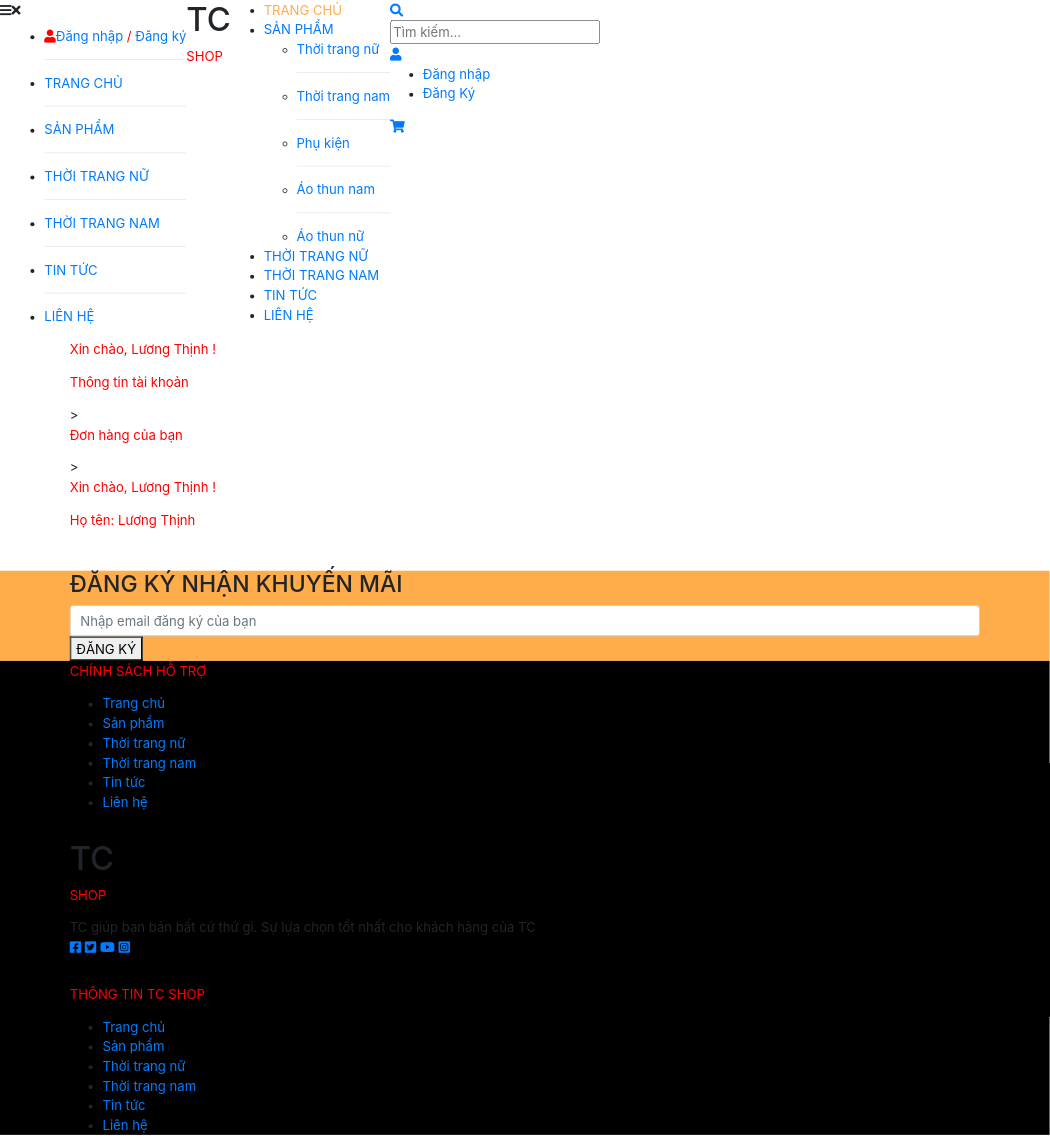
Repository: congthinh1701/TCshop
Page: ThongTinTaiKhoan.html
The author's editor kept a copy of each file at every save. The page is drawn from the files as they stood at one save, then again after the next save.
The browser window is 1280 px wide. The pictures show the whole page, at 82% of full size.
The style sheet was rebuilt from its Sass, Less or Tailwind sources for each picture, by a compiler version that may differ from the author's.

Above is the page before, as saved 2021-09-08 16:57:36.

After the next save:
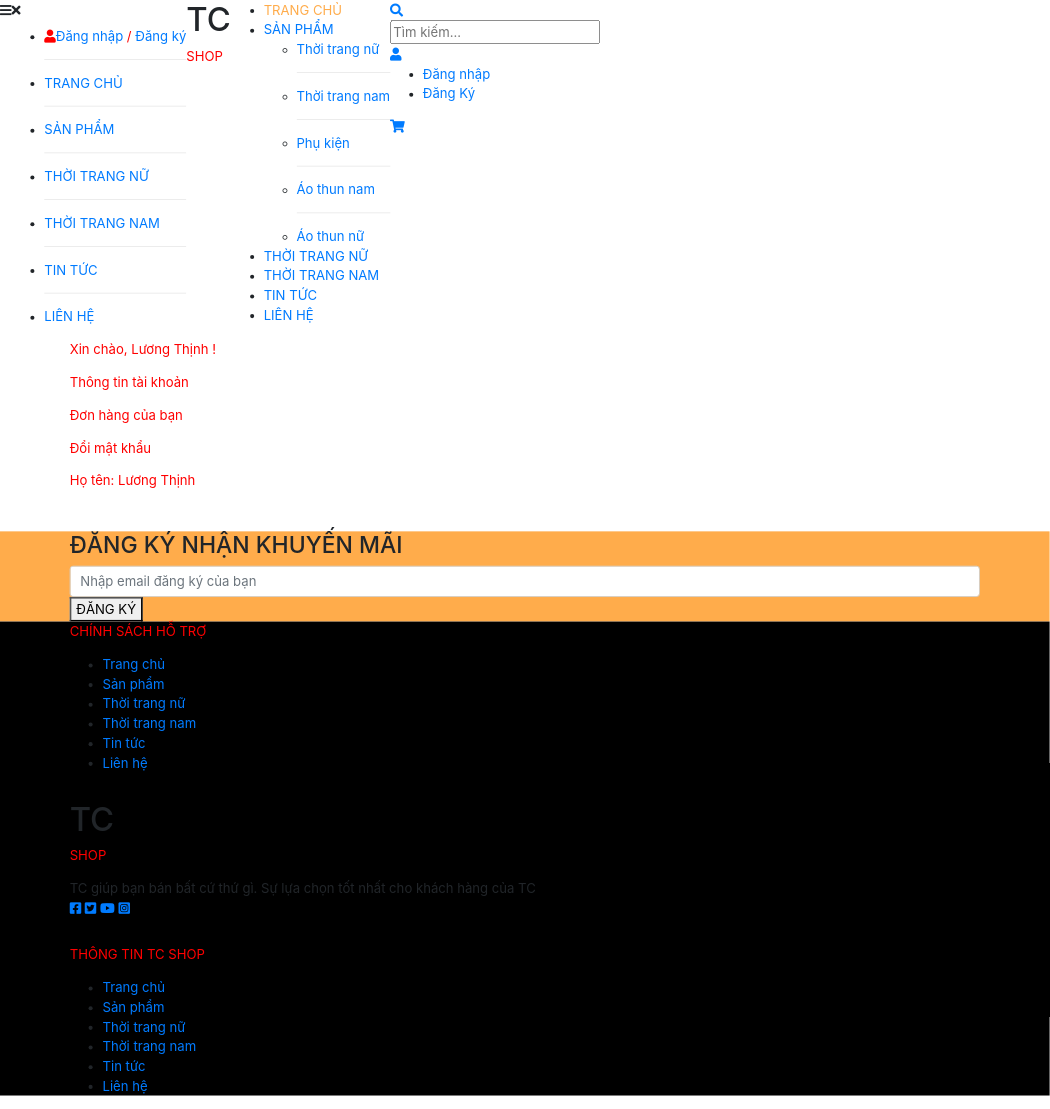
Saved 46 s later.
--- a/ThongTinTaiKhoan.html
+++ b/ThongTinTaiKhoan.html
@@ -16,13 +16,13 @@
                 <p><span>Xin chào, </span>Lương Thịnh !</p>
             </div>
             <div class="trang-tai-khoan-thong-tin">
-                <p>Thông tin tài khoản</p>>
+                <p>Thông tin tài khoản</p>
             </div>
             <div class="trang-tai-khoan-hello">
-                <p>Đơn hàng của bạn</p>>
+                <p>Đơn hàng của bạn</p>
             </div>
             <div class="trang-tai-khoan-hello">
-                <p><span>Xin chào, </span>Lương Thịnh !</p>
+                <p>Đổi mật khẩu</p>
             </div>
         </div>
         <div class="thong-tin-tai-khoan">
